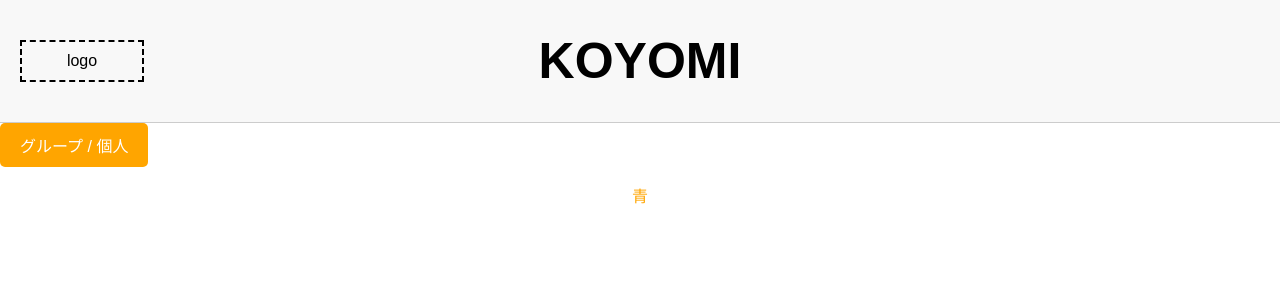
Repository: teramu0602/koyomi
Page: http://localhost/grouplist
The author's editor kept a copy of each file at every save. The page is drawn from the files as they stood at one save, then again after the next save.
The browser window is 1280 px wide. The pictures show the whole page.
Some web fonts or font styles are not loaded; a fallback is used. The page is served by the project's Laravel application, run on PHP 8.4 with Laravel 9. Style sheets and scripts are compiled from the project's sources, by tool versions that may differ from the author's.

Above is the page before, as saved 2025-02-22 09:56:52.

After the next save:
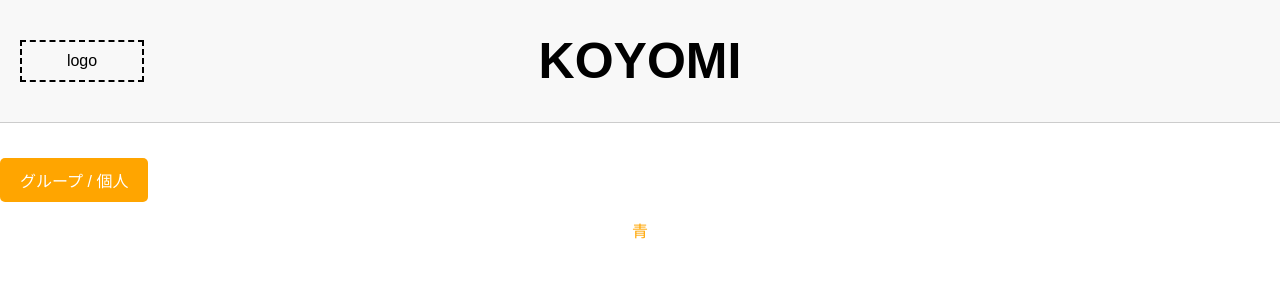
Saved 9 s later.
--- a/public/css/common.admin.css
+++ b/public/css/common.admin.css
@@ -11,7 +11,7 @@ button {
     border-radius: 5px;
     cursor: pointer;
     margin: 0!important;
-    margin-top: 35px;
+    margin-top: 35px!important;
     font-size: 16px;
     display: flex !important;
     justify-content: flex-end !important;
